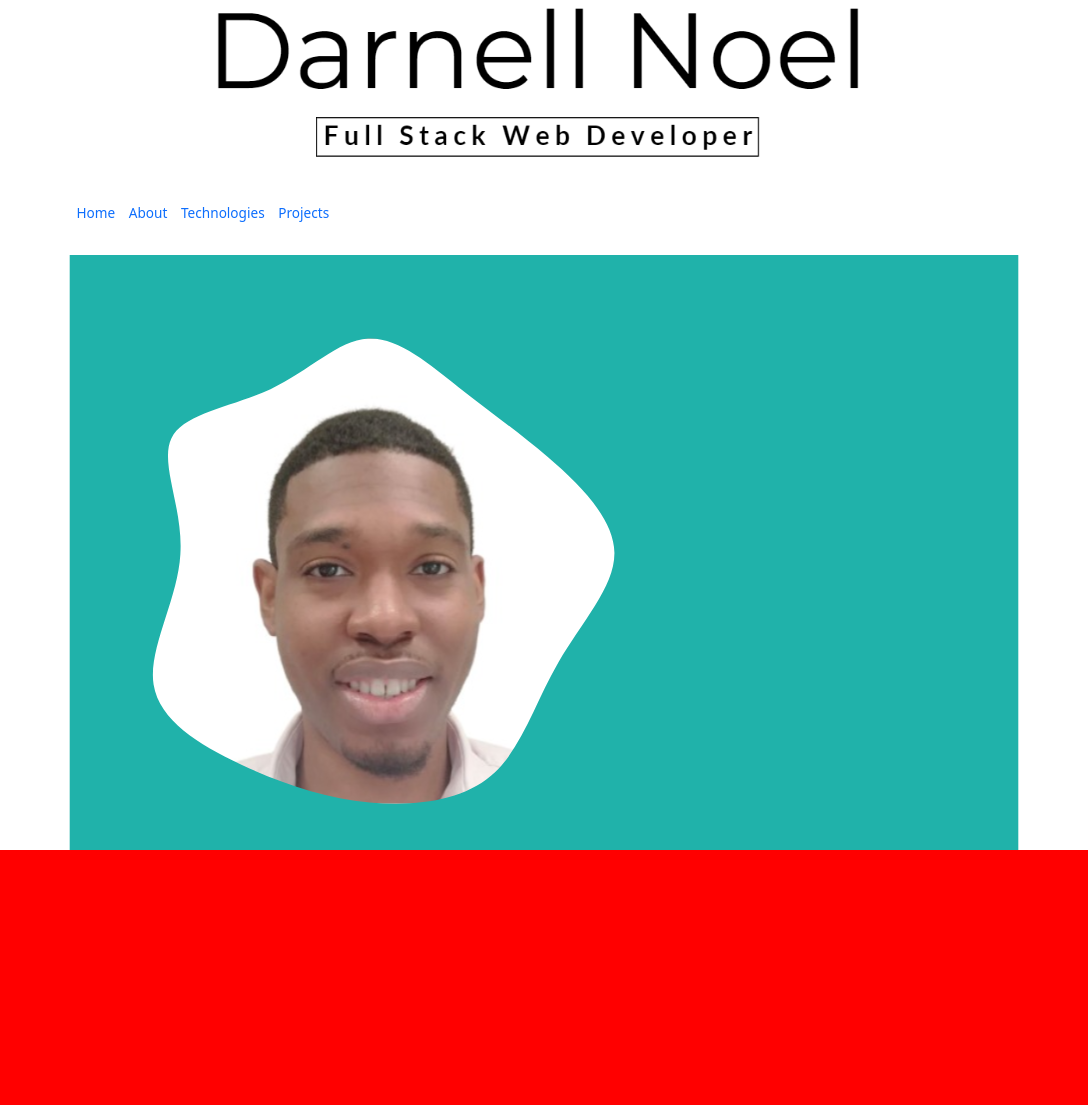
Repository: DNoel26/My_Dev_Portfolio
Page: index.html
An editor plug-in stored every save of this project. The page is shown before and after the next save, followed by the edit.
The browser window is 1280 px wide. The pictures show the whole page, at 85% of full size.

Above is the page before, as saved 2021-01-28 18:43:25.

After the next save:
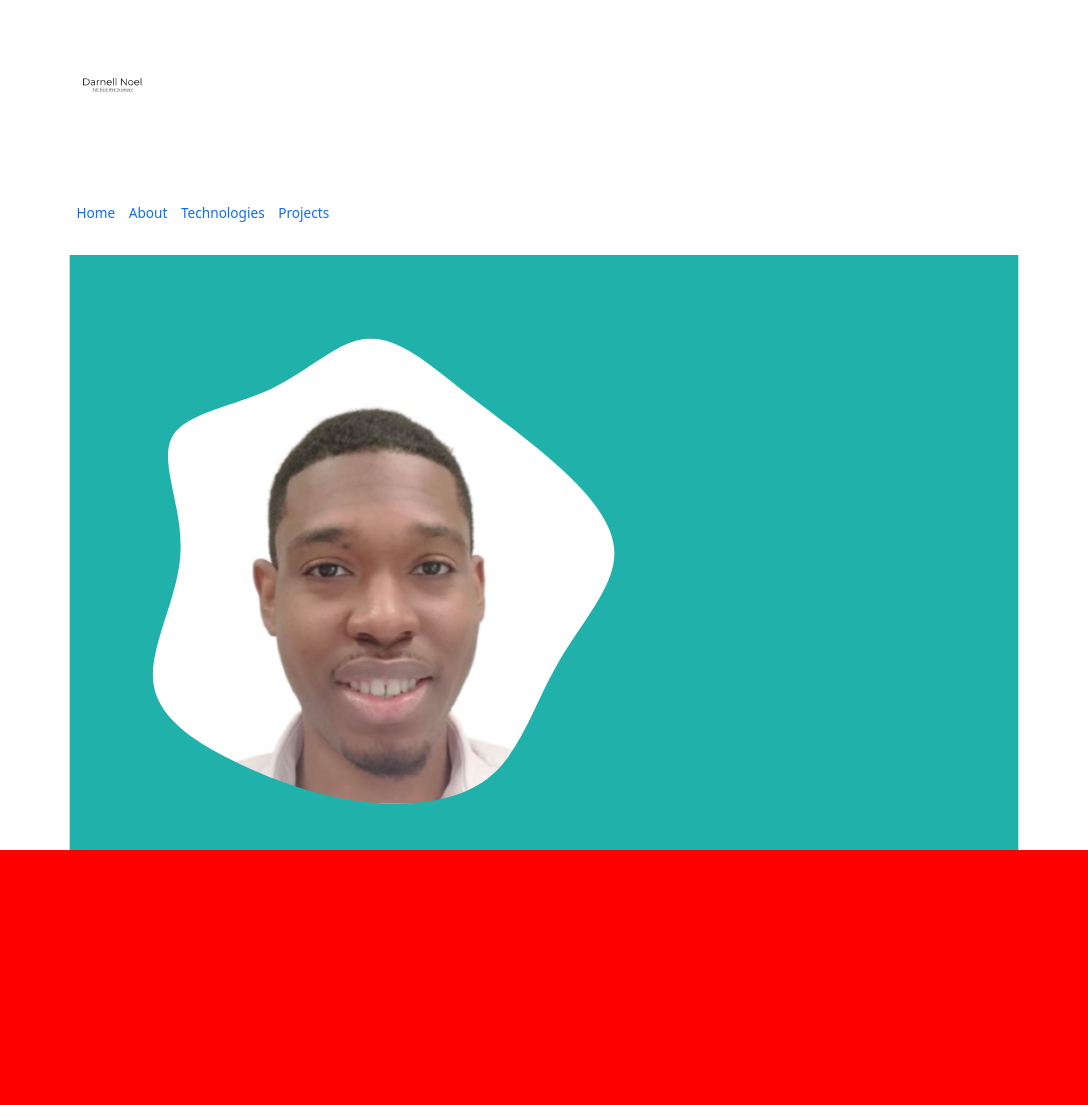
Saved 7 s later.
--- a/css/style.css
+++ b/css/style.css
@@ -22,7 +22,7 @@
 }
 
 .img-fluid {
-    max-height: 100%;
+    max-height: 100px;
 }
 
 .hero > div:first-child {

After the save that followed:
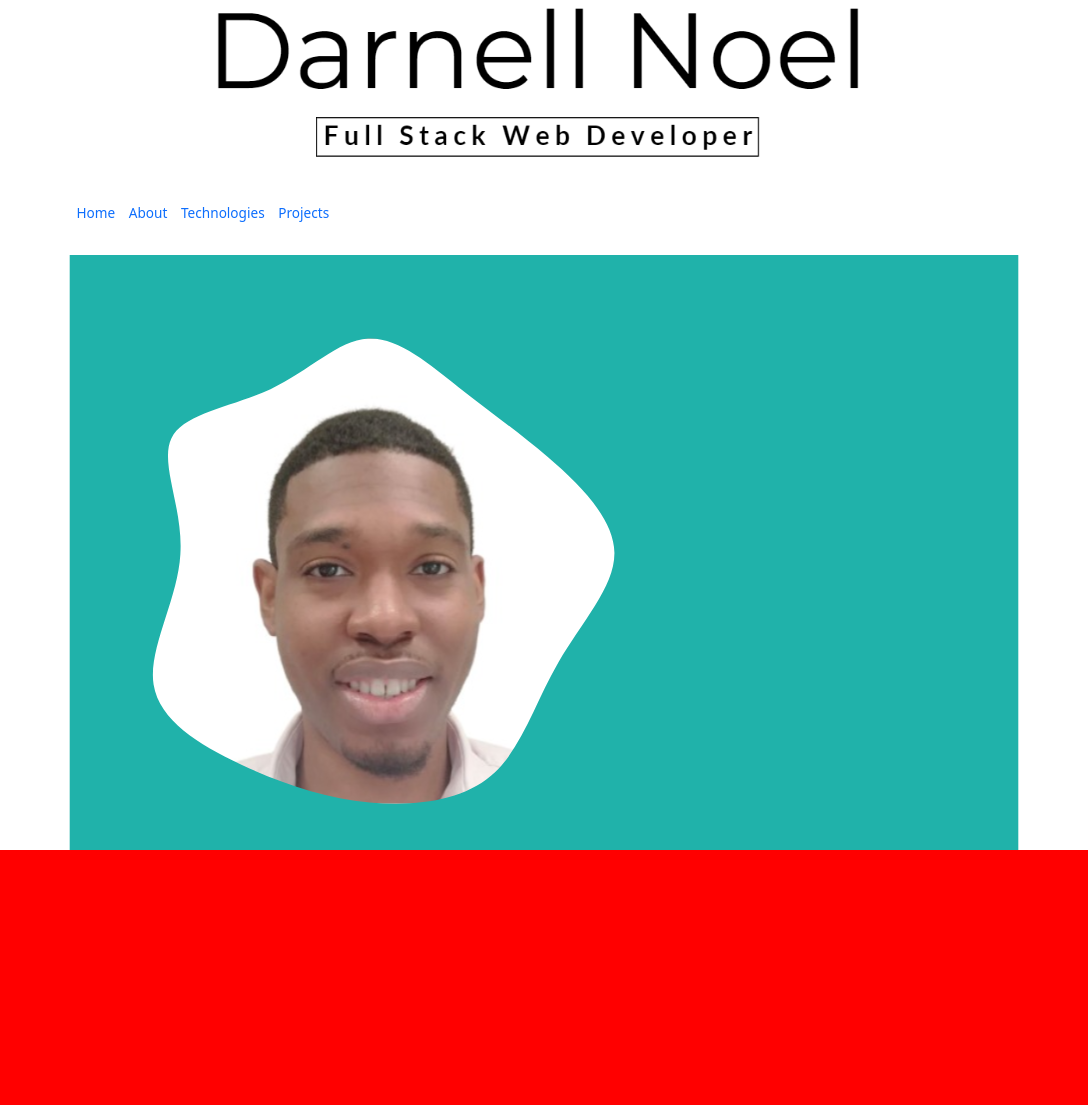
Saved 12 s later.
--- a/css/style.css
+++ b/css/style.css
@@ -21,10 +21,6 @@
     height: 300px;
 }
 
-.img-fluid {
-    max-height: 100px;
-}
-
 .hero > div:first-child {
     height: 700px;
     background-color: lightseagreen;
